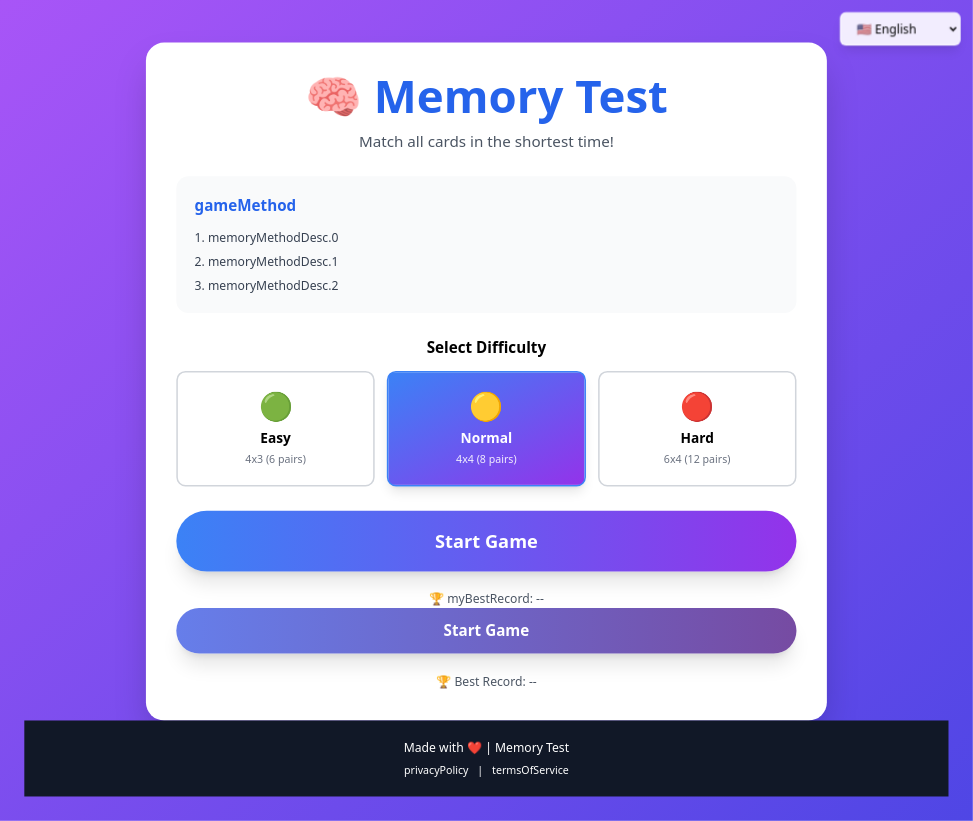
Repository: Lcmind/withjocoding
Page: memory-test.html
These files come from the project's save history. The page is drawn as it stood at one moment and after the next save; the edit follows.
The browser window is 1280 px wide. The pictures show the whole page, at 76% of full size.
Some web libraries are served in a nearby version.

Above is the page before, as saved 2026-01-13 22:01:10.

After the next save:
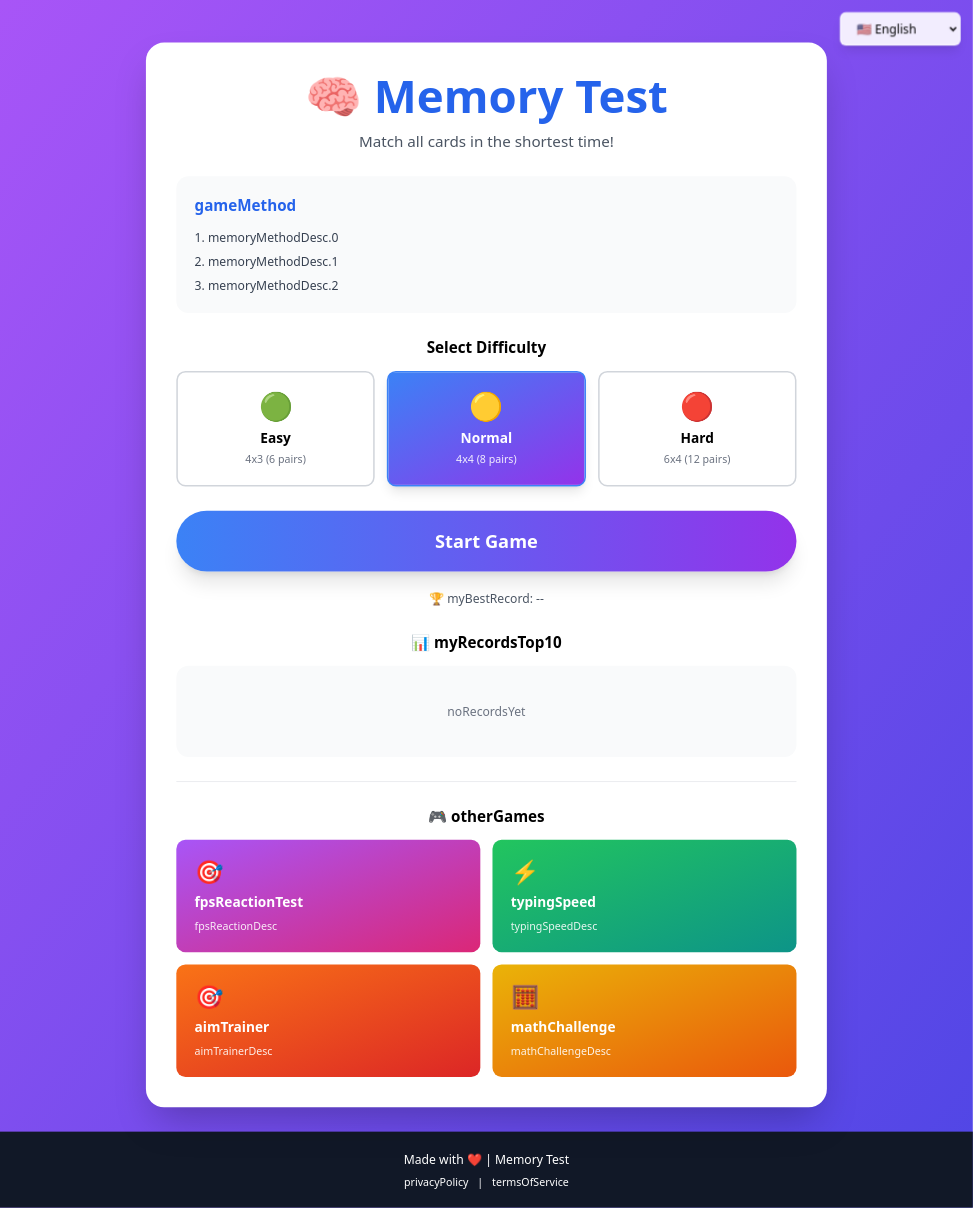
Saved 19 s later.
--- a/memory-test.html
+++ b/memory-test.html
@@ -140,12 +140,43 @@
           <p>🏆 <span data-i18n="myBestRecord">My Best Record</span>: <span id="best-record" data-i18n="none">None</span></p>
         </div>
 
-      <button id="start-btn" class="w-full bg-gradient-to-r from-primary to-secondary text-white font-bold text-xl py-4 rounded-full shadow-xl hover:shadow-2xl hover:-translate-y-1 transition-all">
-        <span data-i18n="startGame">Start Game</span>
-      </button>
-
-      <div class="mt-6 text-center text-gray-600">
-        <p>🏆 <span data-i18n="bestRecord">Best Record</span>: <span id="best-record">--</span></p>
+        <!-- 내 기록 TOP 10 -->
+        <div class="mt-8">
+          <h3 class="text-xl font-bold text-center mb-4">📊 <span data-i18n="myRecordsTop10">My Top 10 Records</span></h3>
+          <div id="history-list" class="bg-gray-50 rounded-2xl p-4 max-h-80 overflow-y-auto">
+            <p class="text-center text-gray-500 py-8" data-i18n="noRecordsYet">No records yet. Start now!</p>
+          </div>
+        </div>
+
+        <!-- 다른 게임 섹션 -->
+        <div class="mt-8 border-t border-gray-200 pt-8">
+          <h3 class="text-xl font-bold text-center mb-4">🎮 <span data-i18n="otherGames">Other Games</span></h3>
+          <div class="grid grid-cols-1 md:grid-cols-2 gap-4">
+            <a href="index.html" class="block bg-gradient-to-br from-purple-500 to-pink-600 rounded-xl p-6 text-white hover:shadow-xl transition-all duration-300 hover:-translate-y-1">
+              <div class="text-3xl mb-2">🎯</div>
+              <div class="font-bold text-lg mb-2" data-i18n="fpsReactionTest">FPS Reaction Test</div>
+              <div class="text-sm opacity-90" data-i18n="fpsReactionDesc">Test your reaction speed</div>
+            </a>
+
+            <a href="typing-speed.html" class="block bg-gradient-to-br from-green-500 to-teal-600 rounded-xl p-6 text-white hover:shadow-xl transition-all duration-300 hover:-translate-y-1">
+              <div class="text-3xl mb-2">⚡</div>
+              <div class="font-bold text-lg mb-2" data-i18n="typingSpeed">Typing Speed</div>
+              <div class="text-sm opacity-90" data-i18n="typingSpeedDesc">Test your typing speed</div>
+            </a>
+
+            <a href="aim-trainer.html" class="block bg-gradient-to-br from-orange-500 to-red-600 rounded-xl p-6 text-white hover:shadow-xl transition-all duration-300 hover:-translate-y-1">
+              <div class="text-3xl mb-2">🎯</div>
+              <div class="font-bold text-lg mb-2" data-i18n="aimTrainer">Aim Trainer</div>
+              <div class="text-sm opacity-90" data-i18n="aimTrainerDesc">Improve your aim precision</div>
+            </a>
+
+            <a href="math-challenge.html" class="block bg-gradient-to-br from-yellow-500 to-orange-600 rounded-xl p-6 text-white hover:shadow-xl transition-all duration-300 hover:-translate-y-1">
+              <div class="text-3xl mb-2">🧮</div>
+              <div class="font-bold text-lg mb-2" data-i18n="mathChallenge">Math Challenge</div>
+              <div class="text-sm opacity-90" data-i18n="mathChallengeDesc">Quick math calculations</div>
+            </a>
+          </div>
+        </div>
       </div>
     </div>
   </div>
